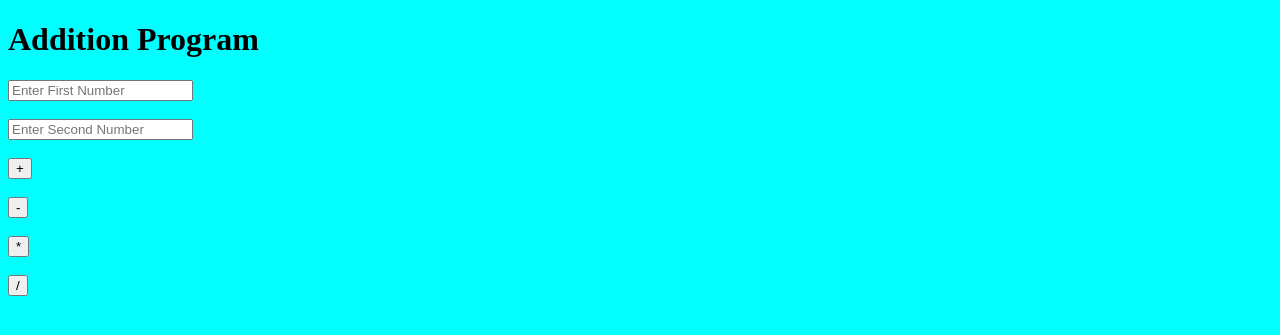
Repository: hrutikgurav2000/Java_Cap_6536
Page: CalculatorUsingJSP/src/main/webapp/HomePageCalc.html
The author's editor kept a copy of each file at every save. The page is drawn from the files as they stood at one save, then again after the next save.
The browser window is 1280 px wide. The pictures show the whole page.

Above is the page before, as saved 2022-03-21 11:15:43.

### CalculatorUsingJSP/src/main/webapp/HomePageCalc.html
<!DOCTYPE html>
<html>
<head>

<title>Program on Calculator</title>
</head>
<body bgcolor="cyan">

<h1>Addition Program </h1>
<form action="Addser" method="post">

<input type="text" name="txtnum1" placeholder="Enter First Number" />
<br>
<br>
<input type="text" name="txtnum2" placeholder="Enter Second Number" />
<br>
<br>
<input type="submit" name="btnsubmit" value="+"  />
<br>
<br>
<input type="submit" name="btnsubmit" value="-"  />
<br>
<br>
<input type="submit" name="btnsubmit" value="*"  />
<br>
<br>
<input type="submit" name="btnsubmit" value="/"  />
<br>
</form>
</html>

After the next save:
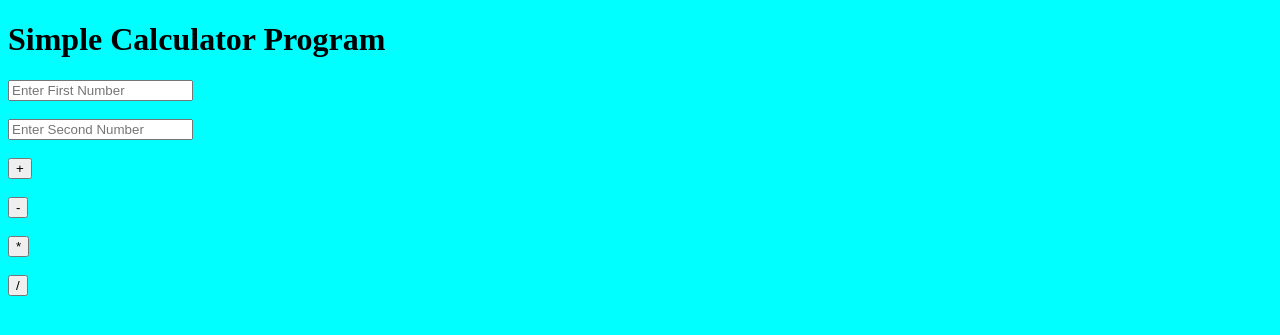
Saved 47 s later.
--- a/CalculatorUsingJSP/src/main/webapp/HomePageCalc.html
+++ b/CalculatorUsingJSP/src/main/webapp/HomePageCalc.html
@@ -6,7 +6,7 @@
 </head>
 <body bgcolor="cyan">
 
-<h1>Addition Program </h1>
+<h1>Simple Calculator Program </h1>
 <form action="Addser" method="post">
 
 <input type="text" name="txtnum1" placeholder="Enter First Number" />
